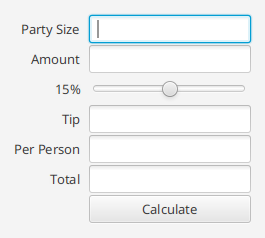
Repository: Srivathsav-max/Java_Assignment_2
Program's window: java AssignmentE/src/assignmentd/TipCalculator.java
An editor plug-in stored every save of this project. The program's window is shown before and after the next save, followed by the edit.
It runs on Java 21 on a 1366 x 768 screen with JavaFX 11; the title bar is not drawn.

Above is the program's window before, as saved 2023-11-04 18:52:19.

### AssignmentE/src/assignmentd/TipCalculator.java
package assignmentd;


import javafx.application.Application;
import javafx.fxml.FXMLLoader;
import javafx.scene.Parent;
import javafx.scene.Scene;
import javafx.stage.Stage;

public class TipCalculator extends Application {


 @Override
 public void start(Stage stage) throws Exception {
     Parent root = FXMLLoader.load(getClass().getResource("TipCalculator.fxml"));
     Scene scene = new Scene(root);
     stage.setScene(scene);

     stage.setTitle("Enhanced Tip Calculator"); // Displayed in window's title bar
     stage.show(); // Display the stage
 }

 public static void main(String[] args) {

     launch(args);
 }

}

### AssignmentE/src/assignmentd/TipCalculatorController.java
package assignmentd;

import java.math.BigDecimal;
import java.math.RoundingMode;
import java.text.NumberFormat;
import javafx.beans.value.ChangeListener;
import javafx.beans.value.ObservableValue;
import javafx.event.ActionEvent;
import javafx.fxml.FXML;
import javafx.scene.control.Label;
import javafx.scene.control.Slider;
import javafx.scene.control.TextField;

public class TipCalculatorController {

    private static final NumberFormat currency = NumberFormat.getCurrencyInstance();
    private static final NumberFormat percent = NumberFormat.getPercentInstance();

    private BigDecimal tipPercentage = new BigDecimal(0.15); // 15% default

    @FXML
    private TextField amountTextField;

    @FXML
    private Label tipPercentageLabel;

    @FXML
    private Slider tipPercentageSlider;

    @FXML
    private TextField tipTextField;

    @FXML
    private TextField totalTextField;

    @FXML
    private void calculateButtonPressed(ActionEvent event) {
        try {
            BigDecimal amount = new BigDecimal(amountTextField.getText());
            BigDecimal tip = amount.multiply(tipPercentage);
            BigDecimal total = amount.add(tip);

            tipTextField.setText(currency.format(tip));
            totalTextField.setText(currency.format(total));
        } catch (NumberFormatException ex) {
            // Invalid Check Amount input
            amountTextField.setText("Enter amount");
            amountTextField.selectAll();
            amountTextField.requestFocus();
        }
    }

    public void initialize() {
        // 0-4 rounds down, 5-9 rounds up
        currency.setRoundingMode(RoundingMode.HALF_UP);

        // Listener for changes to tipPercentageSlider's value
        tipPercentageSlider.valueProperty().addListener(new ChangeListener<Number>() {
            @Override
            public void changed(ObservableValue<? extends Number> ov, Number oldValue, Number newValue) {
                tipPercentage = BigDecimal.valueOf(newValue.intValue() / 100.0);
                tipPercentageLabel.setText(percent.format(tipPercentage));
            }
        });
    }
}

### AssignmentE/src/assignmentd/TipCalculator.fxml
<?xml version="1.0" encoding="UTF-8"?>

<?import java.lang.*?>
<?import java.util.*?>
<?import javafx.geometry.*?>
<?import javafx.scene.*?>
<?import javafx.scene.control.*?>
<?import javafx.scene.layout.*?>

<GridPane alignment="TOP_LEFT" hgap="8.0" vgap="0.0" xmlns:fx="http://javafx.com/fxml/1" xmlns="http://javafx.com/javafx/11.0.1" fx:controller="assignmentd.TipCalculatorController">
    <children>
        <Label text="Party Size" textAlignment="RIGHT" GridPane.columnIndex="0" GridPane.rowIndex="0" />
        <Label text="Amount" textAlignment="RIGHT" GridPane.columnIndex="0" GridPane.rowIndex="1" />
        <Label fx:id="tipPercentageLabel" text="15%" textAlignment="RIGHT" GridPane.columnIndex="0" GridPane.rowIndex="2" />
        <Label text="Tip" textAlignment="RIGHT" GridPane.columnIndex="0" GridPane.rowIndex="3" />
        <Label text="Per Person" textAlignment="RIGHT" GridPane.columnIndex="0" GridPane.rowIndex="4" />
        <Label text="Total" textAlignment="RIGHT" GridPane.columnIndex="0" GridPane.rowIndex="5" />
        <TextField id="partySize" fx:id="partyTextField" prefWidth="-1.0" GridPane.columnIndex="1" GridPane.rowIndex="0" />
        <TextField id="amountTextBox" fx:id="amountTextField" prefWidth="-1.0" GridPane.columnIndex="1" GridPane.rowIndex="1" />
        <Slider fx:id="tipPercentageSlider" blockIncrement="5.0" majorTickUnit="1.0" max="30.0" minorTickCount="1" showTickLabels="false" showTickMarks="false" snapToTicks="true" value="15.0" GridPane.columnIndex="1" GridPane.rowIndex="2" />
        <TextField fx:id="tipTextField" editable="false" focusTraversable="false" prefWidth="-1.0" GridPane.columnIndex="1" GridPane.rowIndex="3" />
        <TextField fx:id="perPersonTextField" editable="false" focusTraversable="false" prefWidth="-1.0" GridPane.columnIndex="1" GridPane.rowIndex="4" />
        <TextField fx:id="totalTextField" editable="false" focusTraversable="false" prefWidth="-1.0" GridPane.columnIndex="1" GridPane.rowIndex="5" />
        <Button id="calculateButton" maxWidth="1.7976931348623157E308" mnemonicParsing="false" onAction="#calculateButtonPressed" text="Calculate" GridPane.columnIndex="1" GridPane.rowIndex="6" />
    </children>
    <columnConstraints>
        <ColumnConstraints halignment="RIGHT" hgrow="SOMETIMES" minWidth="10.0" prefWidth="-1.0" />
        <ColumnConstraints hgrow="SOMETIMES" minWidth="10.0" prefWidth="-1.0" />
    </columnConstraints>
    <padding>
        <Insets bottom="14.0" left="14.0" right="14.0" top="14.0" />
    </padding>
    <rowConstraints>
        <RowConstraints minHeight="10.0" prefHeight="30.0" vgrow="SOMETIMES" />
        <RowConstraints minHeight="10.0" prefHeight="30.0" vgrow="SOMETIMES" />
        <RowConstraints minHeight="10.0" prefHeight="30.0" vgrow="SOMETIMES" />
        <RowConstraints minHeight="10.0" prefHeight="30.0" vgrow="SOMETIMES" />
        <RowConstraints minHeight="10.0" prefHeight="30.0" vgrow="SOMETIMES" />
        <RowConstraints minHeight="10.0" prefHeight="30.0" vgrow="SOMETIMES" />
        <RowConstraints minHeight="10.0" prefHeight="30.0" vgrow="SOMETIMES" />
    </rowConstraints>
</GridPane>

After the next save:
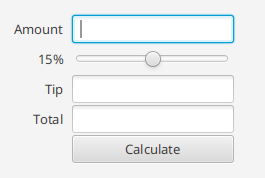
Saved 40 s later.
--- a/AssignmentE/src/assignmentd/TipCalculator.fxml
+++ b/AssignmentE/src/assignmentd/TipCalculator.fxml
@@ -9,19 +9,15 @@
 
 <GridPane alignment="TOP_LEFT" hgap="8.0" vgap="0.0" xmlns:fx="http://javafx.com/fxml/1" xmlns="http://javafx.com/javafx/11.0.1" fx:controller="assignmentd.TipCalculatorController">
     <children>
-        <Label text="Party Size" textAlignment="RIGHT" GridPane.columnIndex="0" GridPane.rowIndex="0" />
-        <Label text="Amount" textAlignment="RIGHT" GridPane.columnIndex="0" GridPane.rowIndex="1" />
-        <Label fx:id="tipPercentageLabel" text="15%" textAlignment="RIGHT" GridPane.columnIndex="0" GridPane.rowIndex="2" />
-        <Label text="Tip" textAlignment="RIGHT" GridPane.columnIndex="0" GridPane.rowIndex="3" />
-        <Label text="Per Person" textAlignment="RIGHT" GridPane.columnIndex="0" GridPane.rowIndex="4" />
-        <Label text="Total" textAlignment="RIGHT" GridPane.columnIndex="0" GridPane.rowIndex="5" />
-        <TextField id="partySize" fx:id="partyTextField" prefWidth="-1.0" GridPane.columnIndex="1" GridPane.rowIndex="0" />
-        <TextField id="amountTextBox" fx:id="amountTextField" prefWidth="-1.0" GridPane.columnIndex="1" GridPane.rowIndex="1" />
-        <Slider fx:id="tipPercentageSlider" blockIncrement="5.0" majorTickUnit="1.0" max="30.0" minorTickCount="1" showTickLabels="false" showTickMarks="false" snapToTicks="true" value="15.0" GridPane.columnIndex="1" GridPane.rowIndex="2" />
-        <TextField fx:id="tipTextField" editable="false" focusTraversable="false" prefWidth="-1.0" GridPane.columnIndex="1" GridPane.rowIndex="3" />
-        <TextField fx:id="perPersonTextField" editable="false" focusTraversable="false" prefWidth="-1.0" GridPane.columnIndex="1" GridPane.rowIndex="4" />
-        <TextField fx:id="totalTextField" editable="false" focusTraversable="false" prefWidth="-1.0" GridPane.columnIndex="1" GridPane.rowIndex="5" />
-        <Button id="calculateButton" maxWidth="1.7976931348623157E308" mnemonicParsing="false" onAction="#calculateButtonPressed" text="Calculate" GridPane.columnIndex="1" GridPane.rowIndex="6" />
+        <Label text="Amount" textAlignment="RIGHT" GridPane.columnIndex="0" GridPane.rowIndex="0" />
+        <Label fx:id="tipPercentageLabel" text="15%" textAlignment="RIGHT" GridPane.columnIndex="0" GridPane.rowIndex="1" />
+        <Label text="Tip" textAlignment="RIGHT" GridPane.columnIndex="0" GridPane.rowIndex="2" />
+        <Label text="Total" textAlignment="RIGHT" GridPane.columnIndex="0" GridPane.rowIndex="3" />
+        <TextField id="amountTextBox" fx:id="amountTextField" prefWidth="-1.0" GridPane.columnIndex="1" GridPane.rowIndex="0" />
+        <Slider fx:id="tipPercentageSlider" blockIncrement="5.0" majorTickUnit="1.0" max="30.0" minorTickCount="1" showTickLabels="false" showTickMarks="false" snapToTicks="true" value="15.0" GridPane.columnIndex="1" GridPane.rowIndex="1" />
+        <TextField fx:id="tipTextField" editable="false" focusTraversable="false" prefWidth="-1.0" GridPane.columnIndex="1" GridPane.rowIndex="2" />
+        <TextField fx:id="totalTextField" editable="false" focusTraversable="false" prefWidth="-1.0" GridPane.columnIndex="1" GridPane.rowIndex="3" />
+        <Button id="calculateButton" maxWidth="1.7976931348623157E308" mnemonicParsing="false" onAction="#calculateButtonPressed" text="Calculate" GridPane.columnIndex="1" GridPane.rowIndex="4" />
     </children>
     <columnConstraints>
         <ColumnConstraints halignment="RIGHT" hgrow="SOMETIMES" minWidth="10.0" prefWidth="-1.0" />
@@ -36,7 +32,5 @@
         <RowConstraints minHeight="10.0" prefHeight="30.0" vgrow="SOMETIMES" />
         <RowConstraints minHeight="10.0" prefHeight="30.0" vgrow="SOMETIMES" />
         <RowConstraints minHeight="10.0" prefHeight="30.0" vgrow="SOMETIMES" />
-        <RowConstraints minHeight="10.0" prefHeight="30.0" vgrow="SOMETIMES" />
-        <RowConstraints minHeight="10.0" prefHeight="30.0" vgrow="SOMETIMES" />
     </rowConstraints>
 </GridPane>
